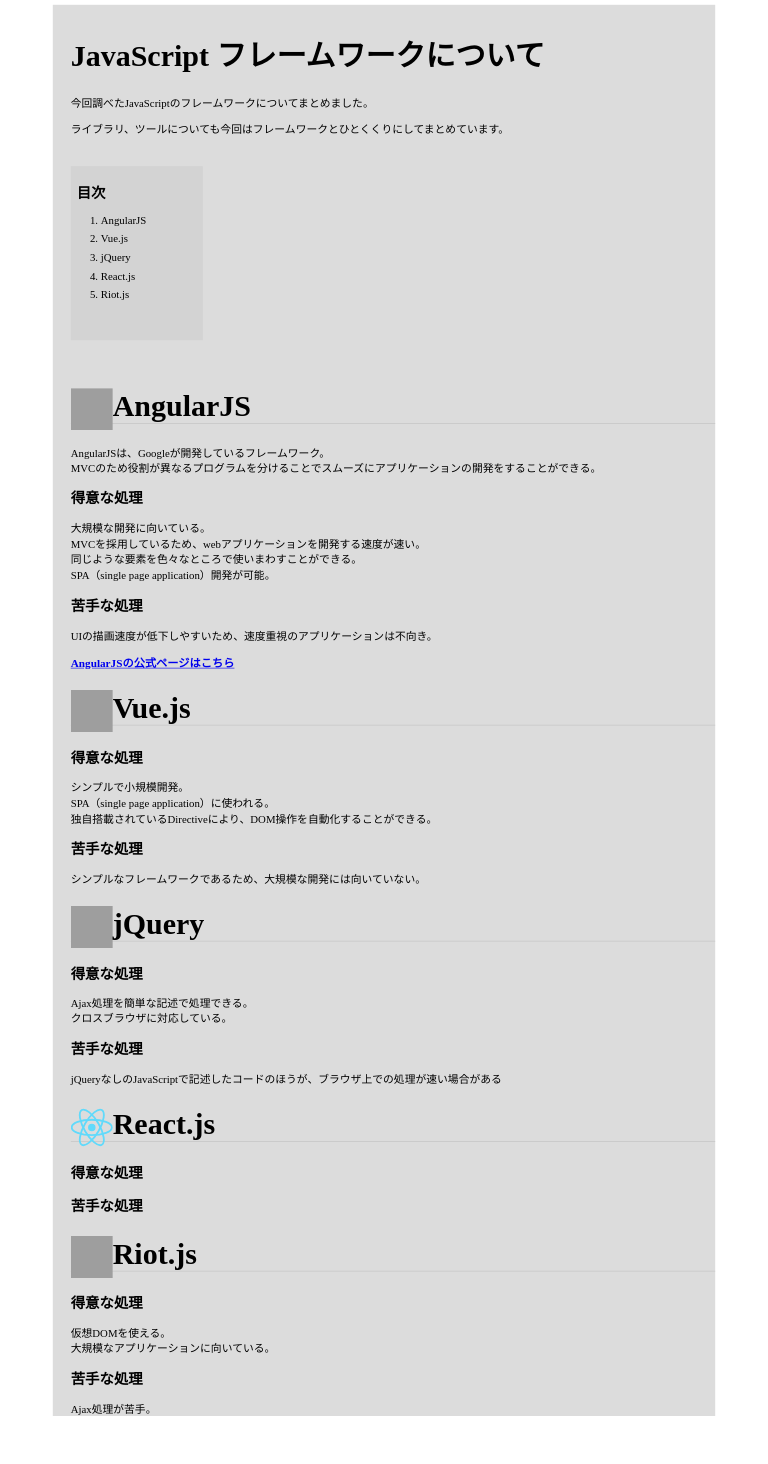
Repository: daichi-python/samurai_HTML_CSS
Page: Framework/index.html
The author's editor kept a record of every edit. The page is drawn from the files as they stood at one moment, then again after the next edit.
The browser window is 1280 px wide. The pictures show the whole page, at 60% of full size.
Pictures or frames that could not be fetched are drawn as grey boxes.

Above is the page before.

### Framework/index.html
<!DOCTYPE html>
<html lang="en">
<head>
    <meta charset="UTF-8">
    <meta name="viewport" content="width=device-width, initial-scale=1.0">
    <meta http-equiv="X-UA-Compatible" content="ie=edge">
    <link rel="stylesheet" href="stylesheet.css" type="text/css" />
    <title>JS Framework</title>
</head>
<body>
    <div class="main">
        <h1>JavaScript フレームワークについて</h1>
        <p>今回調べたJavaScriptのフレームワークについてまとめました。</p>
        <p>ライブラリ、ツールについても今回はフレームワークとひとくくりにしてまとめています。</p>
        <div class="fw-list">
            <h2>目次</h2>
            <ol>
                <li>AngularJS</li>
                <li>Vue.js</li>
                <li>jQuery</li>
                <li>React.js</li>
                <li>Riot.js</li>
            </ol>
        </div>
        <div class="framework">
            <div class="fw angular">
                <img src="https://angular.io/assets/images/logos/angular/shield-large.svg"></img>
                <h1>AngularJS</h1>
                <div class="detail">
                    <p>
                    AngularJSは、Googleが開発しているフレームワーク。<br>
                    MVCのため役割が異なるプログラムを分けることでスムーズにアプリケーションの開発をすることができる。
                    </p>
                    <h2>得意な処理</h2>
                    <p>
                        大規模な開発に向いている。<br>
                        MVCを採用しているため、webアプリケーションを開発する速度が速い。<br>
                        同じような要素を色々なところで使いまわすことができる。<br>
                        SPA（single page application）開発が可能。
                    </p>
                    <h2>苦手な処理</h2>
                    <p>
                        UIの描画速度が低下しやすいため、速度重視のアプリケーションは不向き。
                    </p>
                    <h3><a href="https://angular.jp/">AngularJSの公式ページはこちら<br></a></h3>
                </div>
            </div>
            <div class="fw vue">
                <img src="https://jp.vuejs.org/images/logo.svg"></img>
                <h1>Vue.js</h1>
                <div class="detail">
                    <h2>得意な処理</h2>
                    <p>
                        シンプルで小規模開発。<br>
                        SPA（single page application）に使われる。<br>
                        独自搭載されているDirectiveにより、DOM操作を自動化することができる。
                    </p>
                    <h2>苦手な処理</h2>
                    <p>
                        シンプルなフレームワークであるため、大規模な開発には向いていない。
                    </p>
                </div>
            </div>
            <div class="fw jquery">
                <img src="https://pluspng.com/img-png/jquery-logo-png-jquery-logo-png-transparent-background-png-img-transparent-860x868.png"></img>
                <h1>jQuery</h1>
                <div class="detail">
                    <h2>得意な処理</h2>
                    <p>
                        Ajax処理を簡単な記述で処理できる。<br>
                        クロスブラウザに対応している。
                    </p>
                    <h2>苦手な処理</h2>
                    <p>jQueryなしのJavaScriptで記述したコードのほうが、ブラウザ上での処理が速い場合がある</p>
                </div>
            </div>
            <div class="fw react">
                <img src="data:[embedded picture, 514 characters]"></img>
                <h1>React.js</h1>
                <div class="detail">
                    <h2>得意な処理</h2>
                    <h2>苦手な処理</h2>
                </div>
            </div>
            <div class="fw riot">
                <img src="https://riot.js.org/img/logo/square.svg"></img>
                <h1>Riot.js</h1>
                <div class="detail">
                    <h2>得意な処理</h2>
                    <p>
                        仮想DOMを使える。<br>
                        大規模なアプリケーションに向いている。<br>

                    </p>
                    <h2>苦手な処理</h2>
                    <p>
                        Ajax処理が苦手。
                    </p>
                </div>
            </div>
        </div>
    </div>
    <footer>

    </footer>
</body>
</html>

### Framework/stylesheet.css
.main {
    width: 85%;
    margin: 0 auto;
    padding: 10px 0 0 30px;
    background-color: #DCDCDC;
}

.main h1 {
    font-size: 50px;
}

.main p {
    font-size: 18px;
}

.fw-list {
    background-color: #D3D3D3;
    width: 200px;
    height: 280px;
    margin: 50px 0;
    padding: 5px 10px;
}

.fw-list li {
    font-size: 18px;
    padding-bottom: 10px;
}

.framework {
    margin: 80px 0;
}

.fw img {
    width: 70px;
    height: 70px;
    float: left;
}

.fw h1 {
    font-size: 50px;
    border-bottom: 1px solid #C0C0C0;
}

After the next edit:
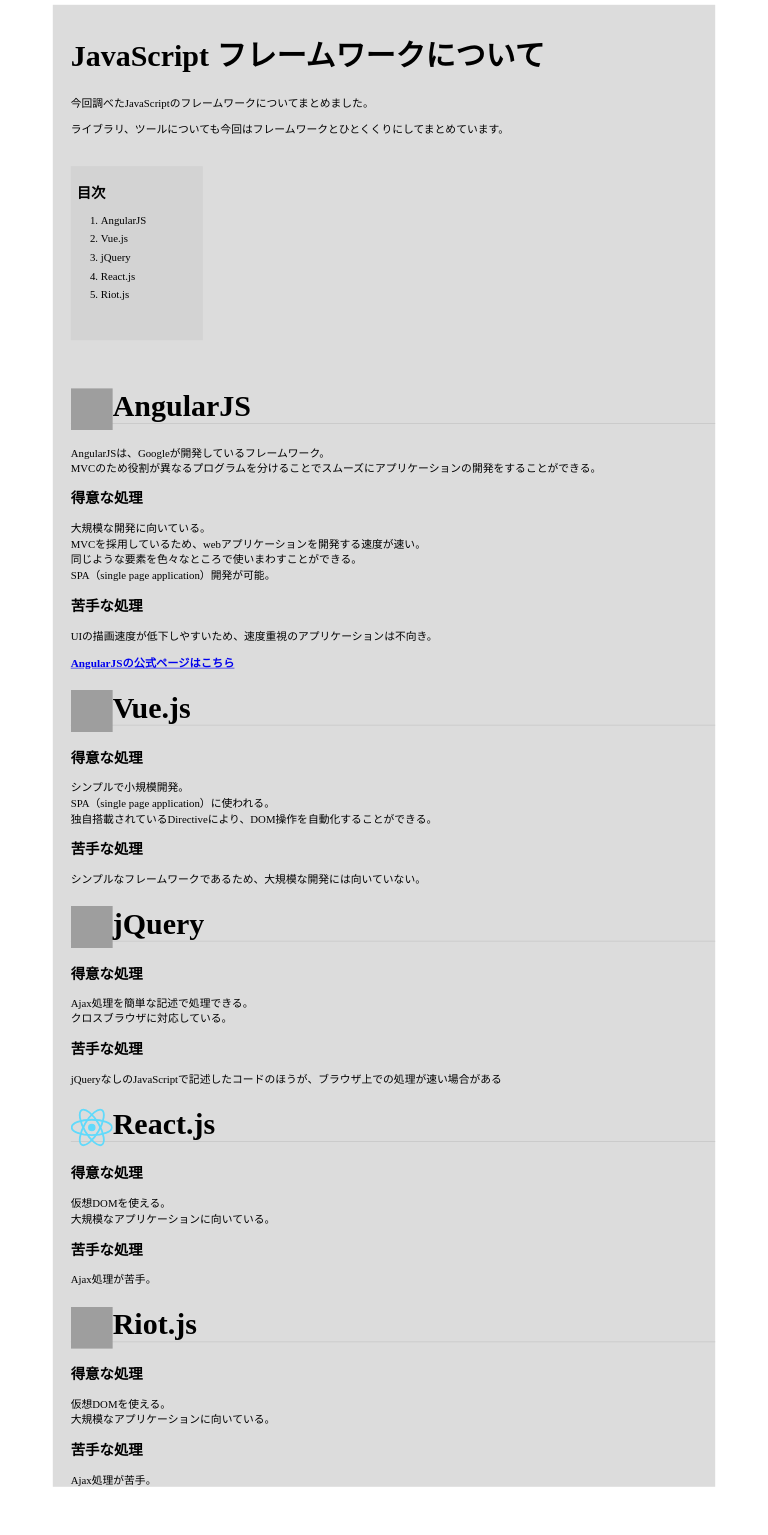
The edit:
--- a/Framework/index.html
+++ b/Framework/index.html
@@ -79,7 +79,14 @@
                 <h1>React.js</h1>
                 <div class="detail">
                     <h2>得意な処理</h2>
+                    <P>
+                        仮想DOMを使える。<br>
+                        大規模なアプリケーションに向いている。
+                    </P>
                     <h2>苦手な処理</h2>
+                    <p>
+                        Ajax処理が苦手。
+                    </p>
                 </div>
             </div>
             <div class="fw riot">
